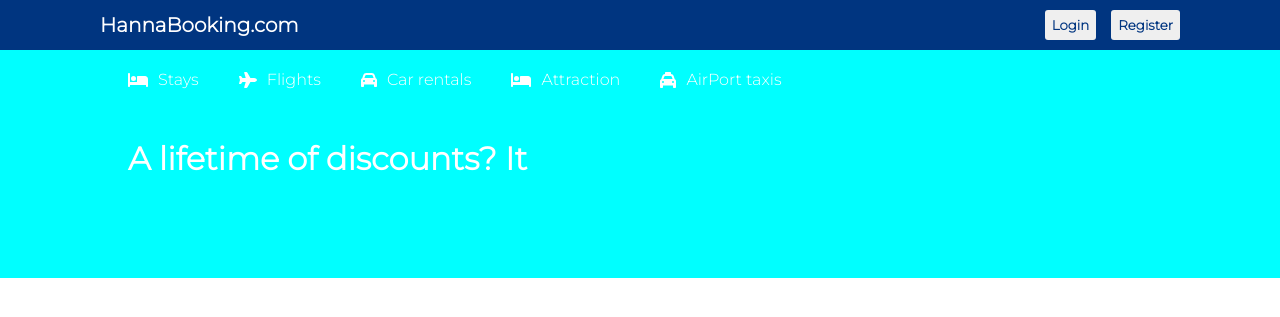
Repository: truongnguyenuit/BookingWebApp
Page: /
An editor plug-in stored every save of this project. The page is shown before and after a run of saves, followed by the edit.
The browser window is 1280 px wide. The pictures show the whole page.
The project was rebuilt for these pictures with package versions that can differ from the ones it lists, and the page was loaded fresh each time.

Above is the page before, as saved 2022-05-26 15:35:06.

After the next 2 saves:
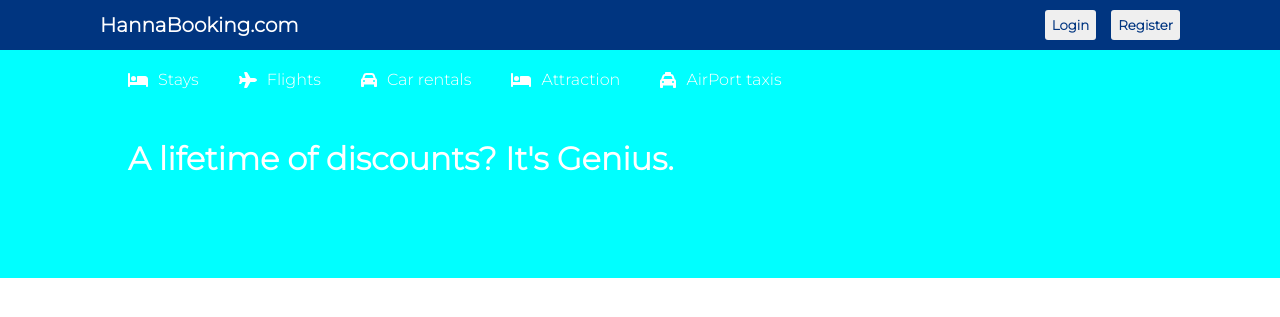
The 2 saves are shown as one change because they came seconds apart.
The last was saved 5 s later.
--- a/src/components/header/Header.jsx
+++ b/src/components/header/Header.jsx
@@ -59,7 +59,7 @@ const Header = ({ type }) => {
                 </div>
                 <>
                     <h1 className="HeaderTitle">
-                        A lifetime of discounts? It
+                        A lifetime of discounts? It's Genius.
                     </h1>
                 </>
             </div>
